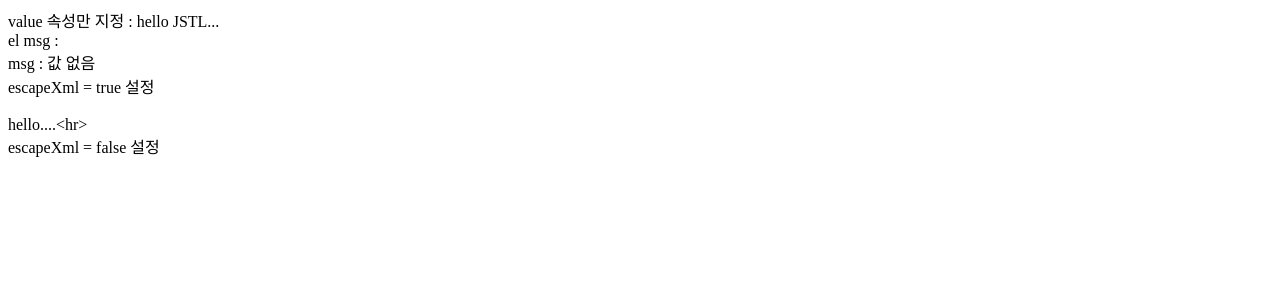
Repository: cdj6995/Web
Page: http://localhost/Lecture-Web/jsp/jstl/core/exam02.jsp
An editor plug-in stored every save of this project. The page is shown before and after a run of saves, followed by the edit.
The browser window is 1280 px wide. The pictures show the whole page.
The page is served by Tomcat 9.

Above is the page before, as saved 2022-06-07 06:47:30.

After the next 2 saves:
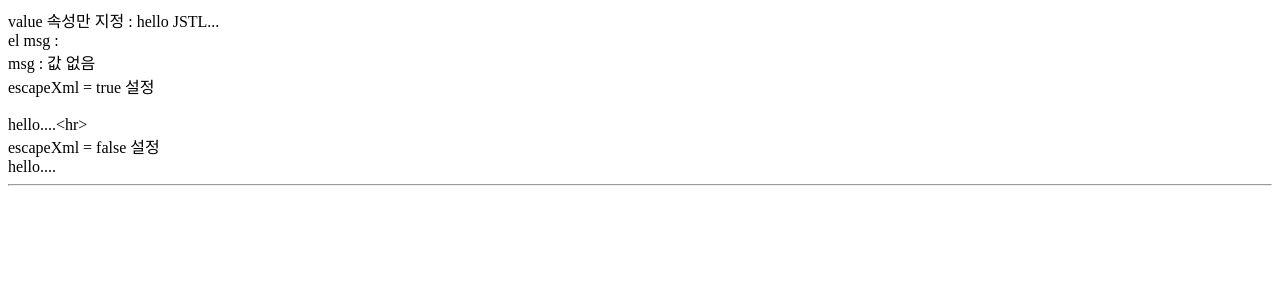
The 2 saves are shown as one change because 1 did not build or start.
The last was saved 29 s later.
--- a/Lecture-Web/src/main/webapp/jsp/jstl/core/exam02.jsp
+++ b/Lecture-Web/src/main/webapp/jsp/jstl/core/exam02.jsp
@@ -16,6 +16,7 @@
 	<c:set var="msg" value="hello....<hr>" /><br>
 	<c:out value="${ msg }" /><br>
 	escapeXml = false 설정<br>
+	<c:out value="${ msg }" escapeXml="false" /><br>
 
 </body>
 </html>
